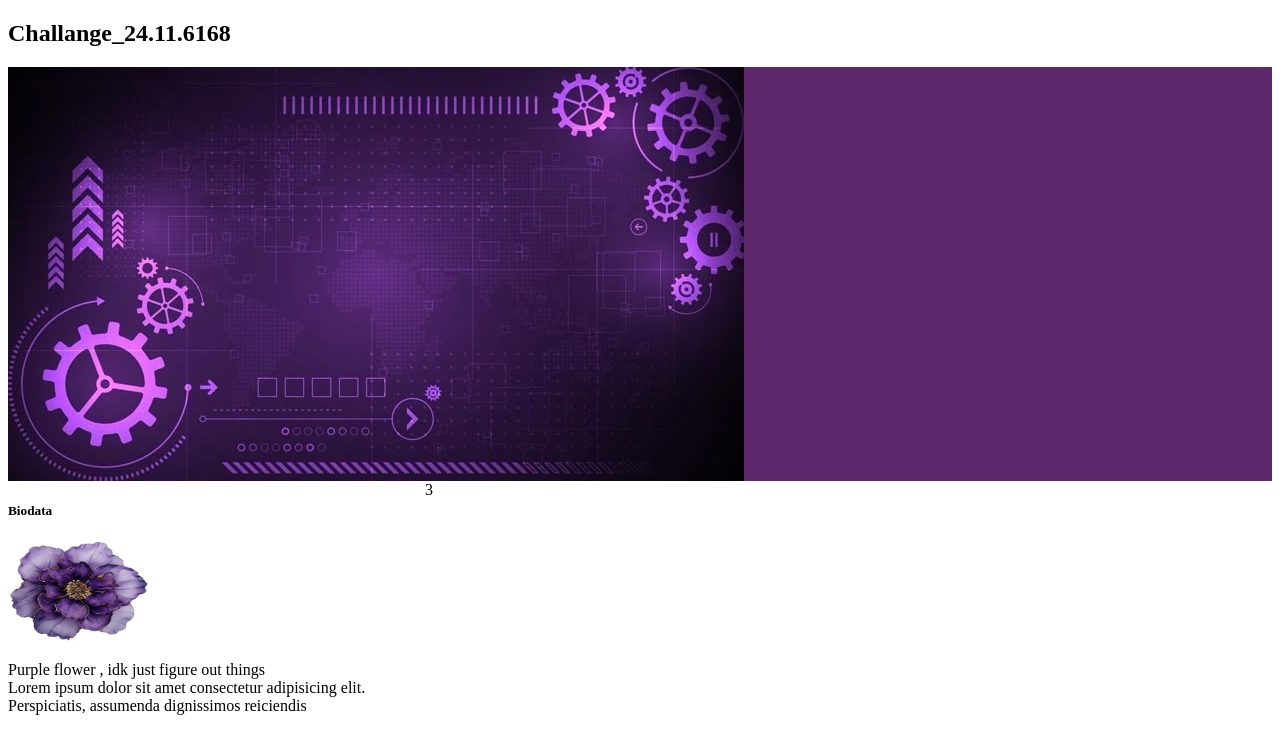
Repository: Ms-Ulfiyahrustam/p5_pemogramanweb
Page: index.html
These files come from the project's save history. The page is drawn as it stood at one moment and after the next save; the edit follows.
The browser window is 1280 px wide. The pictures show the whole page.

Above is the page before, as saved 2026-04-27 09:20:31.

### index.html
<!DOCTYPE html>
<html lang="en">
<head>
    <meta charset="UTF-8">
    <meta name="viewport" content="width=device-width, initial-scale=1.0">
    <link rel="stylesheet" href="style.css">
    <title>Document</title>
</head>
<body class="">
    <h2>Challange_24.11.6168</h2>
    <div class="flex-container">
        <img src="download.jpg" alt="">
    </div>
    <div class="leftside">
        <h5>Biodata</h5>
        <img src="purple.jpg" alt="" width="140" height="100" >
        <p>Purple flower , idk just figure out things <br>
            Lorem ipsum dolor sit amet consectetur adipisicing elit. Perspiciatis, assumenda dignissimos reiciendis  <br>
        </p>
    </div>
    <div>3</div>
</body>
</html>

### style.css


.flex-container > div {
    background-color : white;
    margin: 10px;
    padding: 20px;
    font-size: 30;
}


.flex-container{
    display: flex;
    background-color: rgb(95, 40, 109);
    margin: auto;
}

.leftside{width:33%;
  float:left;

After the next save:
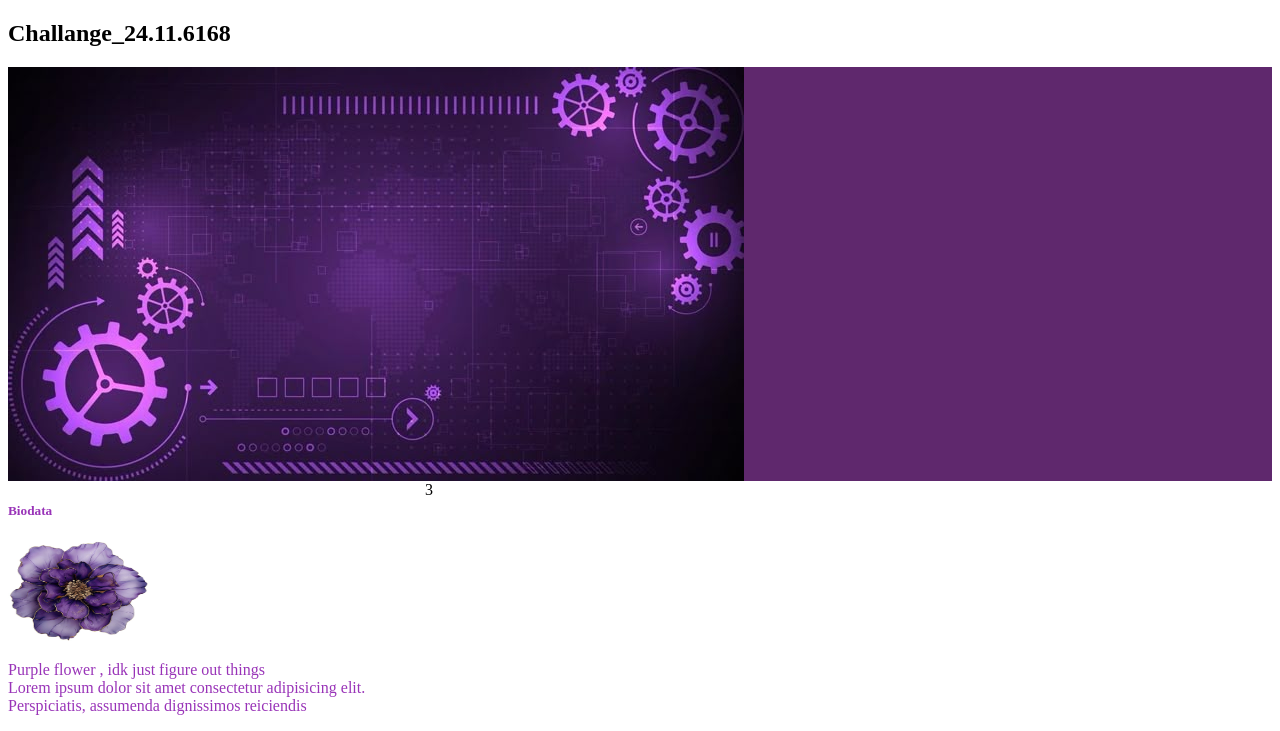
Saved 18 s later.
--- a/style.css
+++ b/style.css
@@ -1,11 +1,5 @@
 
 
-.flex-container > div {
-    background-color : white;
-    margin: 10px;
-    padding: 20px;
-    font-size: 30;
-}
 
 
 .flex-container{
@@ -14,5 +8,9 @@
     margin: auto;
 }
 
-.leftside{width:33%;
-  float:left;
+.leftside{
+    width:33%;
+    float:left;
+    color: rgb(153, 52, 184);
+
+}
